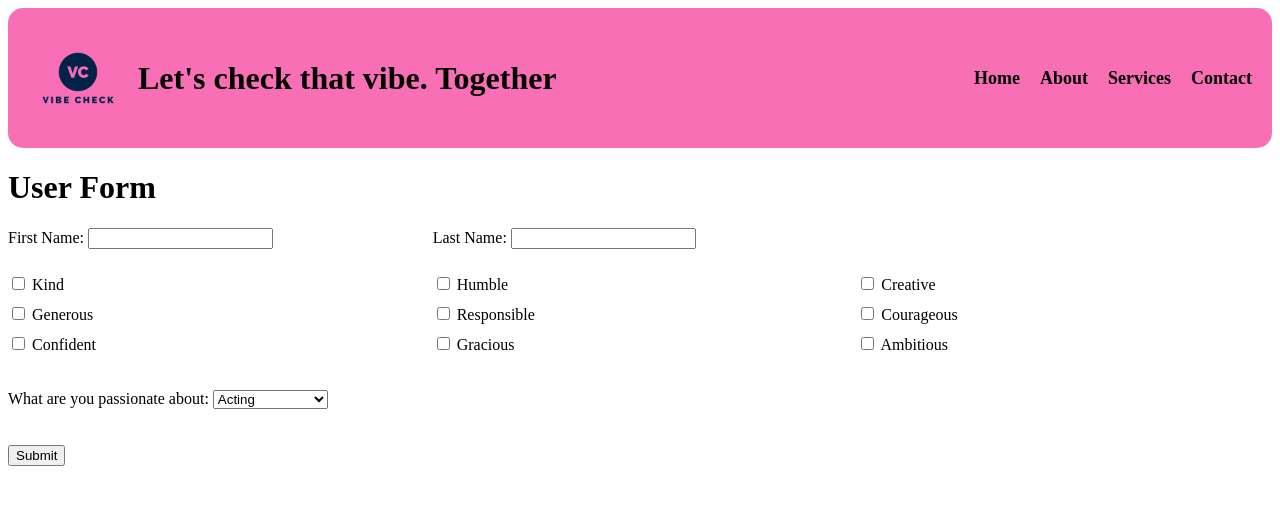
Repository: Chadloswald/Dis-Service
Page: docs/index.html
The author's editor kept a copy of each file at every save. The page is drawn from the files as they stood at one save, then again after the next save.
The browser window is 1280 px wide. The pictures show the whole page.

Above is the page before, as saved 2023-05-02 10:20:15.

After the next save:
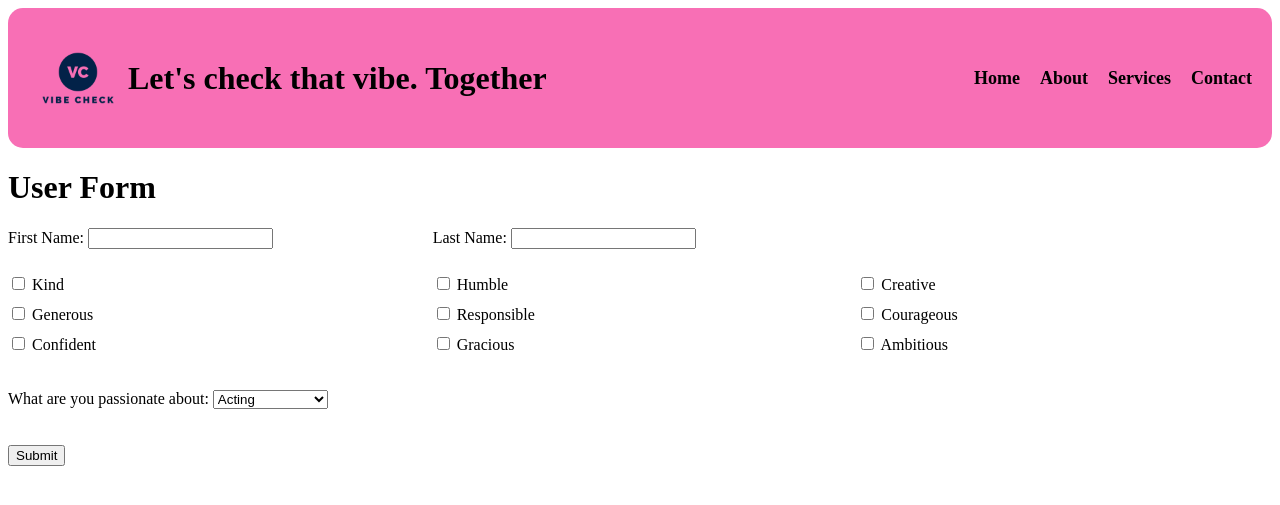
Saved 42 s later.
--- a/docs/styles.css
+++ b/docs/styles.css
@@ -29,7 +29,7 @@ label {
 
   .logo img {
 	height: 100px;
-	margin-right: 10px;
+	/* margin-right: 10px; */
   }
 
   nav ul {
